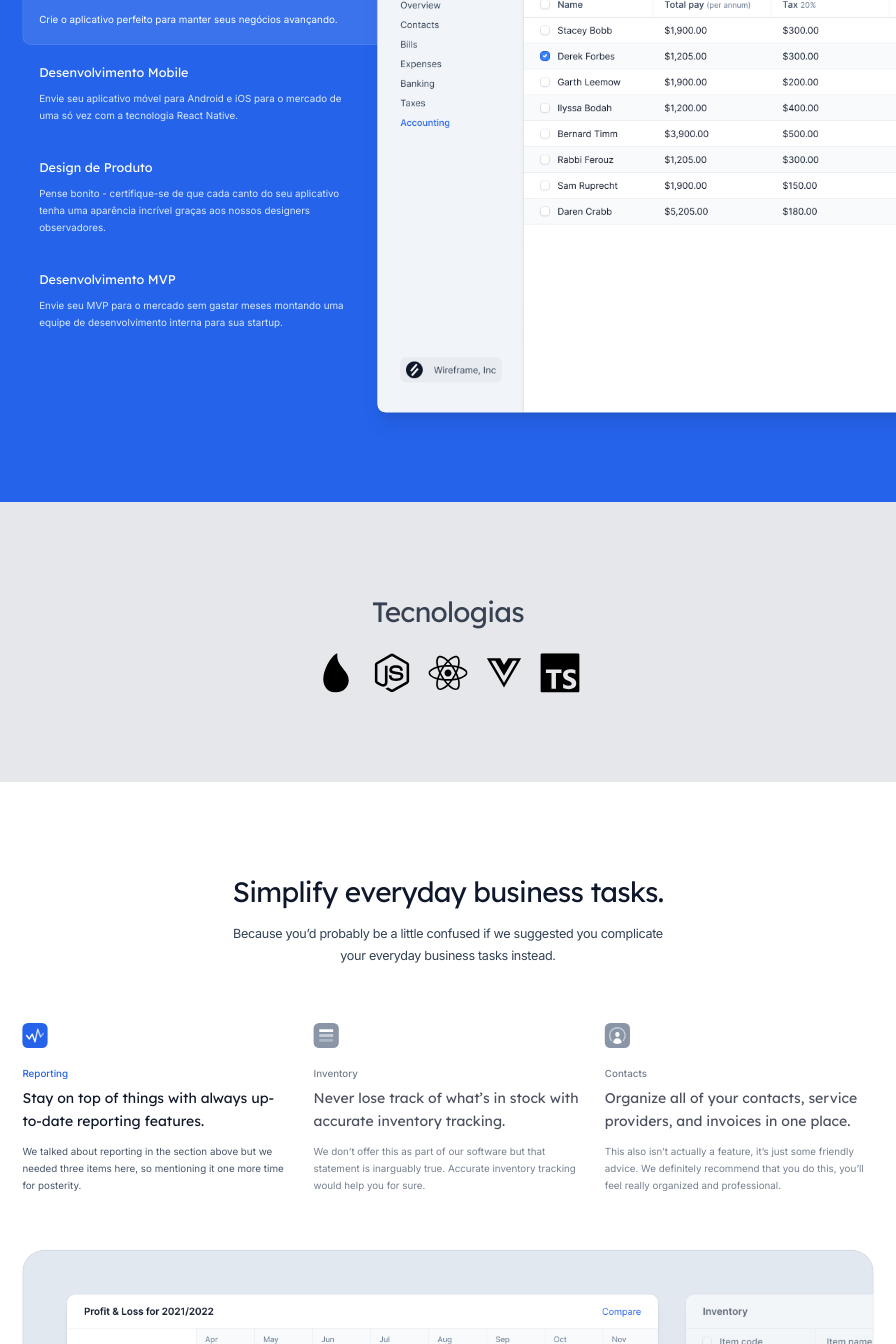
Repository: LuisSempre/imaginative
Page: /
These files come from the project's save history. The page is drawn as it stood at one moment and after the next save; the edit follows.
The browser window is 1280 px wide. The pictures show the part of the page from y = 2346 to 4266 px (the page is 10318 px tall), at 70% of full size.
The project was rebuilt for these pictures with package versions that can differ from the ones it lists, and the page was loaded fresh each time. The framework's server and built-in components were replaced by stand-ins that run in the browser. Also part of the build but not shown: next.config.js.

Above is the page before, as saved 2022-07-15 11:23:49.

After the next save:
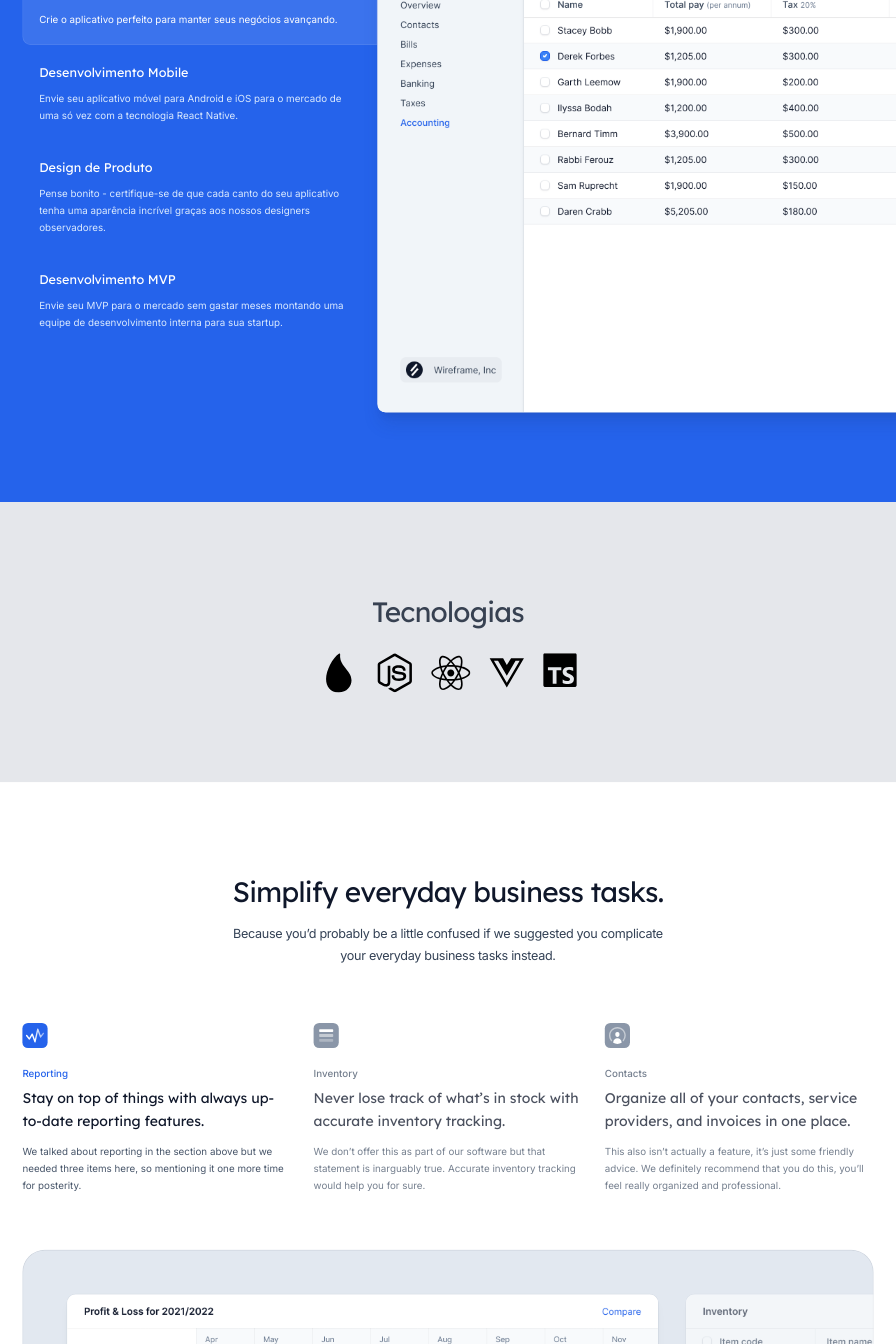
Saved 7 s later.
--- a/src/components/Tecnology.jsx
+++ b/src/components/Tecnology.jsx
@@ -18,7 +18,7 @@
           <FaNodeJs className='w-14 h-14' />
           <FaReact  className='w-14 h-14' />
           <FaVuejs  className='w-14 h-14' />
-          <SiTypescript  className='w-14 h-14' />
+          <SiTypescript  className='w-12 h-12' />
           </div>
         </div>
       </Container>

After the save that followed:
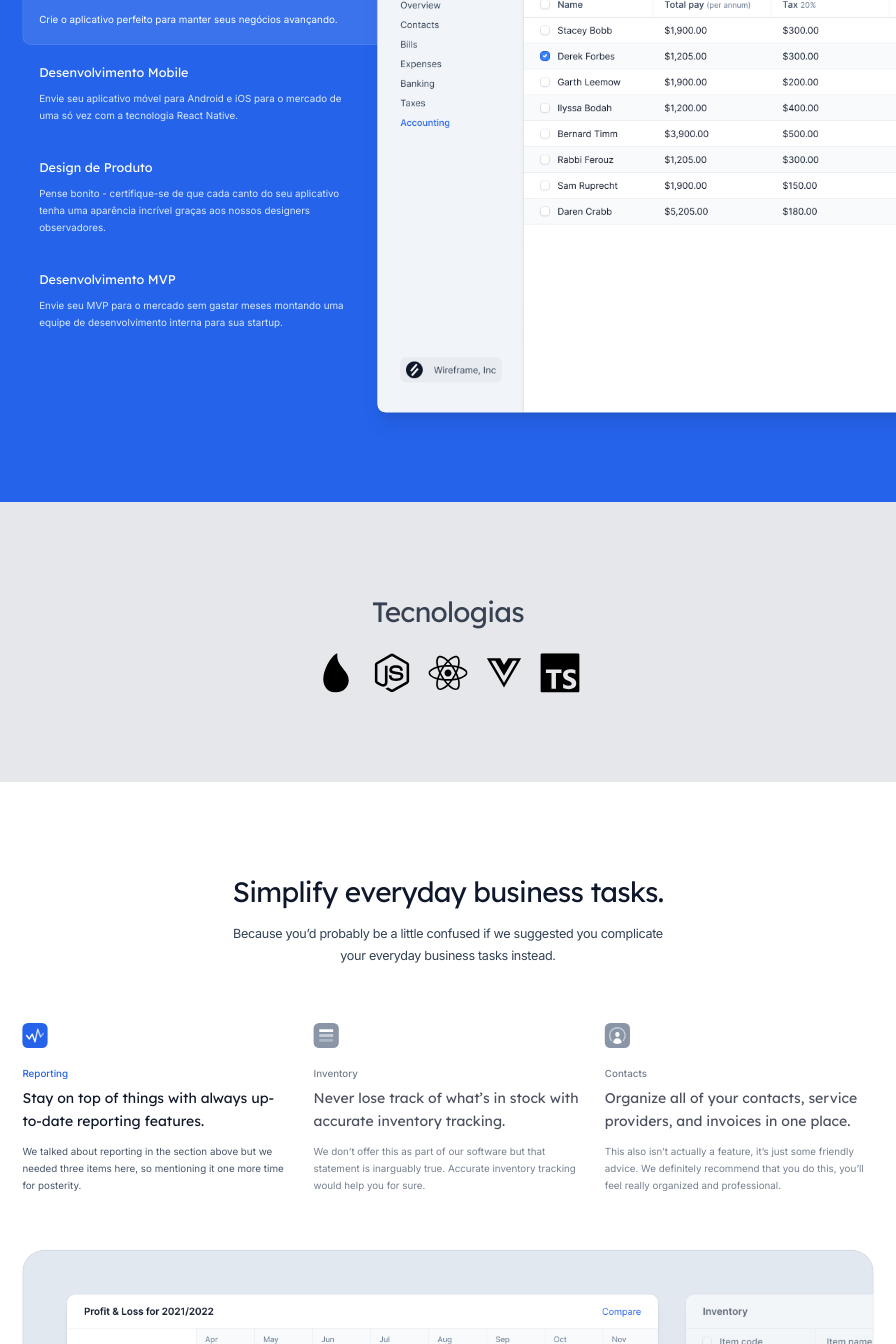
Saved 26 s later.
--- a/src/components/Tecnology.jsx
+++ b/src/components/Tecnology.jsx
@@ -18,7 +18,7 @@
           <FaNodeJs className='w-14 h-14' />
           <FaReact  className='w-14 h-14' />
           <FaVuejs  className='w-14 h-14' />
-          <SiTypescript  className='w-12 h-12' />
+          <SiTypescript  className='w-14 h-14' />
           </div>
         </div>
       </Container>
